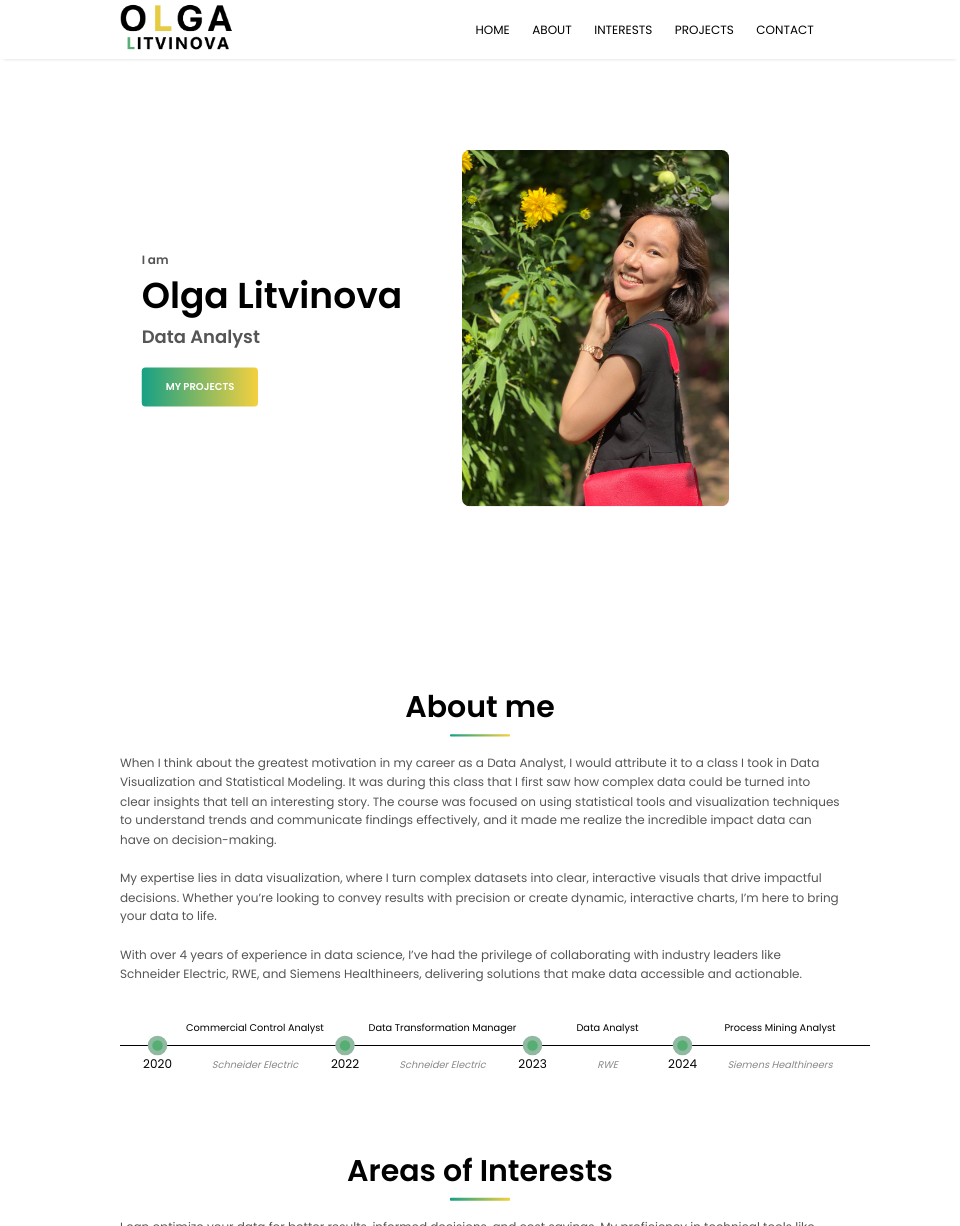
Repository: OlgaKuzminichna/CV
Page: index.html
These files come from the project's save history. The page is drawn as it stood at one moment and after the next save; the edit follows.
The browser window is 1280 px wide. The pictures show the part of the page from y = 0 to 1635 px (the page is 4252 px tall before and 4176 px after), at 75% of full size.
A picture or video elsewhere on the page could not be fetched, so the positions and the page height are approximate.

Above is the page before, as saved 2024-11-24 22:05:59.

After the next save:
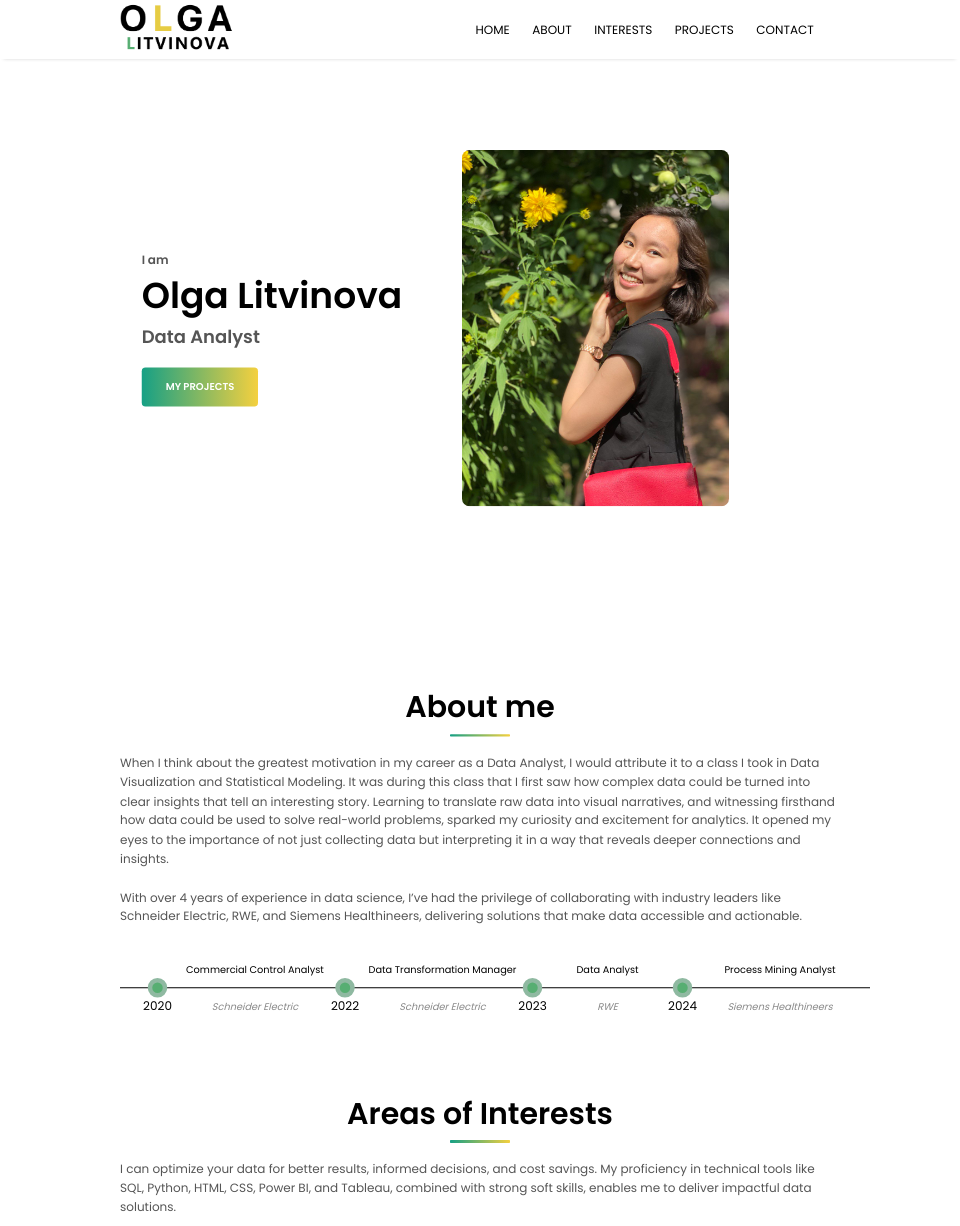
Saved 117 s later.
--- a/index.html
+++ b/index.html
@@ -69,9 +69,7 @@
             <h1 class="secondary-title">About me</h1>
             <div class="description-container">
                 <p>
-                    When I think about the greatest motivation in my career as a Data Analyst, I would attribute it to a class I took in Data Visualization and Statistical Modeling. It was during this class that I first saw how complex data could be turned into clear insights that tell an interesting story. The course was focused on using statistical tools and visualization techniques to understand trends and communicate findings effectively, and it made me realize the incredible impact data can have on decision-making. <br>
-                    <br>
-                    My expertise lies in data visualization, where I turn complex datasets into clear, interactive visuals that drive impactful decisions. Whether you’re looking to convey results with precision or create dynamic, interactive charts, I’m here to bring your data to life.
+                    When I think about the greatest motivation in my career as a Data Analyst, I would attribute it to a class I took in Data Visualization and Statistical Modeling. It was during this class that I first saw how complex data could be turned into clear insights that tell an interesting story. Learning to translate raw data into visual narratives, and witnessing firsthand how data could be used to solve real-world problems, sparked my curiosity and excitement for analytics. It opened my eyes to the importance of not just collecting data but interpreting it in a way that reveals deeper connections and insights.
                 </p>
                 <p>
                     <br>
